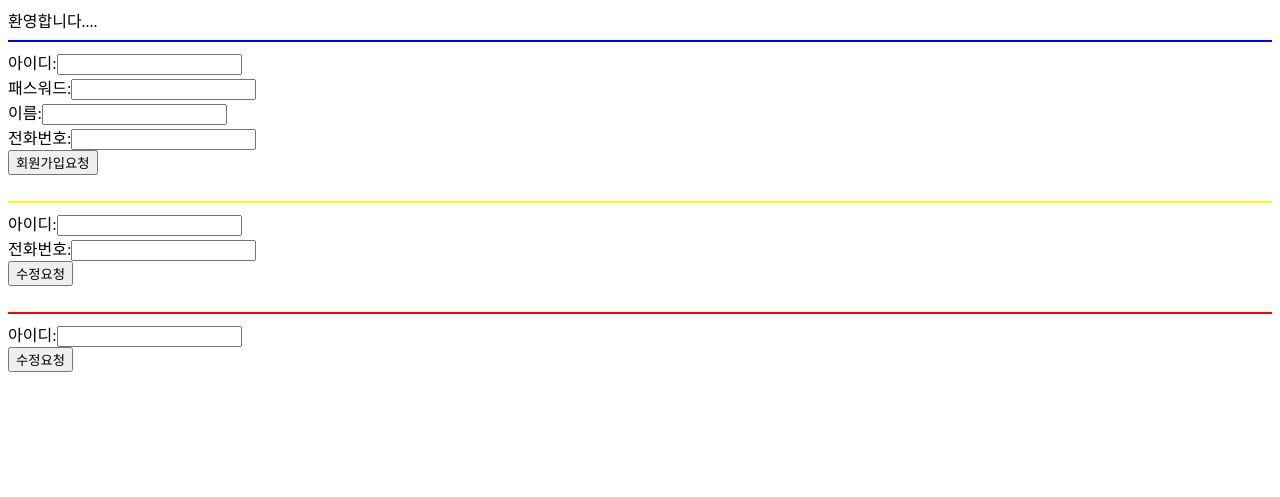
Repository: Yusubin/workEx
Page: spring00/src/main/webapp/index.html
The author's editor kept a copy of each file at every save. The page is drawn from the files as they stood at one save, then again after the next save.
The browser window is 1280 px wide. The pictures show the whole page.

Above is the page before, as saved 2022-02-15 05:54:42.

### spring00/src/main/webapp/index.html
<!DOCTYPE html>
<html>
	<head>
	<meta charset="UTF-8">
	<title>Insert title here</title>
	</head>
	<body>
		환영합니다....<br>
	<hr color="blue">
	<form action="create.jsp">
	아이디:<input type="text" name="id"><br>
	패스워드:<input type="text" name="pw"><br>
	이름:<input type="text" name="name"><br>
	전화번호:<input type="text" name="tel"><br>
	<button>회원가입요청</button>

	</form>
	<br>
	<hr color="yellow">
	<form action="update.jsp">
	아이디:<input type="text" name="id"><br>
	전화번호:<input type="text" name="tel"><br>
	<button>수정요청</button>
	</form>

	<br>
	<hr color="red">
	<form action="delete.jsp">
	아이디:<input type="text" name="id"><br>
	<button>수정요청</button>
	</form>
	</body>
</html>

After the next save:
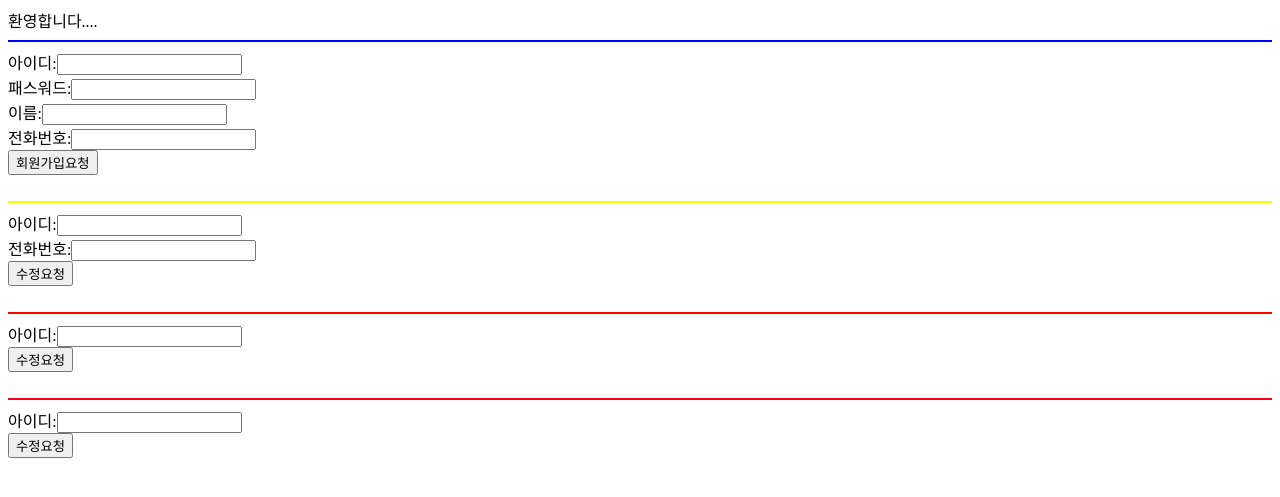
Saved 11 min 10 s later.
--- a/spring00/src/main/webapp/index.html
+++ b/spring00/src/main/webapp/index.html
@@ -29,5 +29,12 @@
 	아이디:<input type="text" name="id"><br>
 	<button>수정요청</button>
 	</form>
+
+		<br>
+	<hr color="red">
+	<form action="delete.jsp">
+	아이디:<input type="text" name="id"><br>
+	<button>수정요청</button>
+	</form>
 	</body>
 </html>
